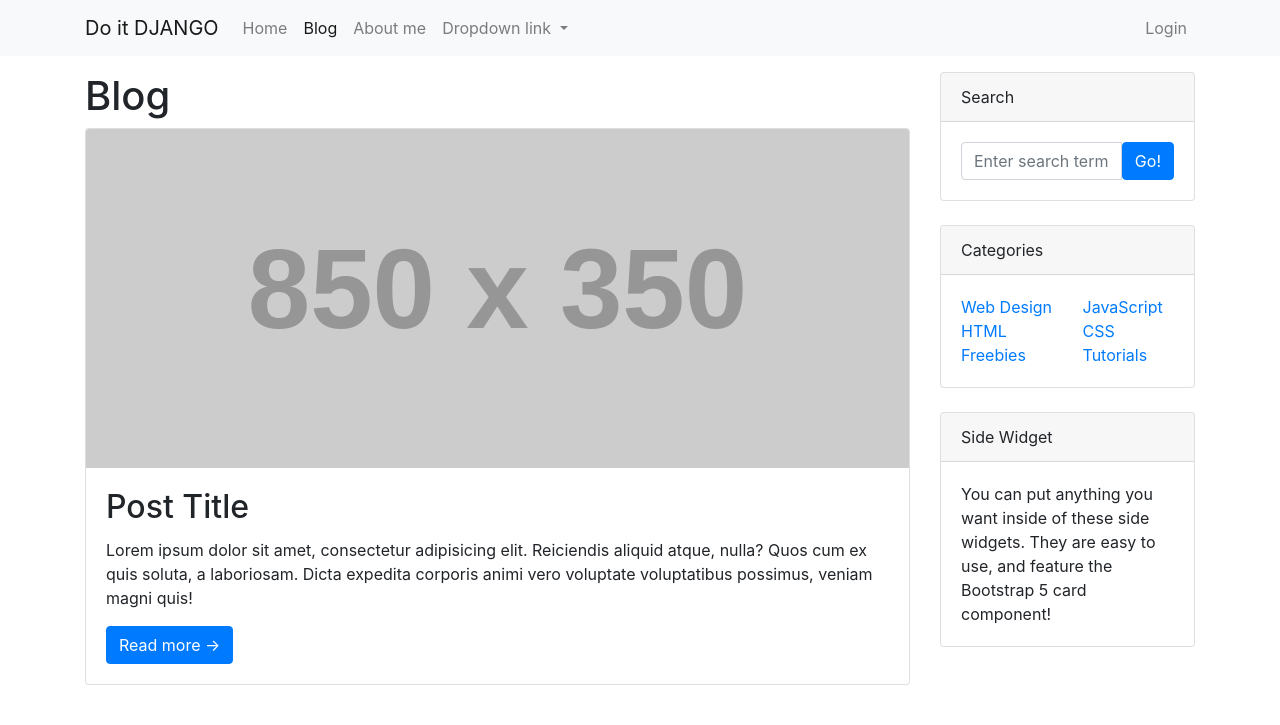
Repository: lwygold/do_it_ft
Page: blog_list.html
An editor plug-in stored every save of this project. The page is shown before and after the next save, followed by the edit.
The browser window is 1280 px wide. The pictures show the whole page.

Above is the page before, as saved 2021-08-11 21:26:54.

### blog_list.html
<!DOCTYPE html>
<html lang="en">

<head>
    <meta charset="UTF-8">
    <meta http-equiv="X-UA-Compatible" content="IE=edge">
    <meta name="viewport" content="width=device-width, initial-scale=1.0">
    <link rel="stylesheet" href="https://cdn.jsdelivr.net/npm/bootstrap@4.6.0/dist/css/bootstrap.min.css"
        integrity="sha384-B0vP5xmATw1+K9KRQjQERJvTumQW0nPEzvF6L/Z6nronJ3oUOFUFpCjEUQouq2+l" crossorigin="anonymous">
    <link rel="stylesheet" href="./sub.css" type="text/css" />
    <title>About Me</title>
</head>

<body>

    <nav class="navbar navbar-expand-lg navbar-light bg-light">
        <div class="container">

            <a class="navbar-brand" href="#">Do it DJANGO</a>
            <button class="navbar-toggler" type="button" data-toggle="collapse" data-target="#navbarNavDropdown"
                aria-controls="navbarNavDropdown" aria-expanded="false" aria-label="Toggle navigation">
                <span class="navbar-toggler-icon"></span>
            </button>
            <div class="collapse navbar-collapse" id="navbarNavDropdown">
                <ul class="navbar-nav">
                    <li class="nav-item">
                        <a class="nav-link" href="./index.html">Home <span class="sr-only">(current)</span></a>
                    </li>
                    <li class="nav-item active">
                        <a class="nav-link" href="./blog_list.html">Blog</a>
                    </li>
                    <li class="nav-item">
                        <a class="nav-link" href="./about_me.html">About me</a>
                    </li>
                    <li class="nav-item dropdown">
                        <a class="nav-link dropdown-toggle" href="#" id="navbarDropdownMenuLink" role="button"
                            data-toggle="dropdown" aria-haspopup="true" aria-expanded="false">
                            Dropdown link
                        </a>
                        <div class="dropdown-menu" aria-labelledby="navbarDropdownMenuLink">
                            <a class="dropdown-item" href="#">Action</a>
                            <a class="dropdown-item" href="#">Another action</a>
                            <a class="dropdown-item" href="#">Something else here</a>
                        </div>
                    </li>
                </ul>
                <ul class="navbar-nav ml-auto">
                    <li class="nav-item">
                        <a class="nav-link" href="#">Login <span class="sr-only">(current)</span></a>
                    </li>
                </ul>

            </div>
        </div>
    </nav>

    <div class="container">
        <div class="row my-3">
            <div class="col-md-8 col-lg-9">
                <h1>Blog</h1>

                <div class="row">

                    <div class="col">
                        <div class="card mb-4">
                            <a href="#!"><img class="card-img-top"
                                    src="https://dummyimage.com/850x350/dee2e6/6c757d.jpg" alt="..."></a>
                            <div class="card-body">
                                <h2 class="card-title">Post Title</h2>
                                <p class="card-text">Lorem ipsum dolor sit amet, consectetur adipisicing elit.
                                    Reiciendis aliquid atque, nulla? Quos cum ex quis soluta, a laboriosam. Dicta
                                    expedita corporis animi vero voluptate voluptatibus possimus, veniam magni quis!</p>
                                <a class="btn btn-primary" href="#!">Read more →</a>
                            </div>
                        </div>
                    </div>


                </div>

            </div>
            <div class="col-md-4 col-lg-3">
                <div class="row">
                    <div class="col">
                        <!-- Search widget-->
                        <div class="card mb-4">
                            <div class="card-header">Search</div>
                            <div class="card-body">
                                <div class="input-group">
                                    <input class="form-control" type="text" placeholder="Enter search term..."
                                        aria-label="Enter search term..." aria-describedby="button-search">
                                    <button class="btn btn-primary" id="button-search" type="button">Go!</button>
                                </div>
                            </div>
                        </div>
                        <!-- Categories widget-->
                        <div class="card mb-4">
                            <div class="card-header">Categories</div>
                            <div class="card-body">
                                <div class="row">
                                    <div class="col-sm-6">
                                        <ul class="list-unstyled mb-0">
                                            <li><a href="#!">Web Design</a></li>
                                            <li><a href="#!">HTML</a></li>
                                            <li><a href="#!">Freebies</a></li>
                                        </ul>
                                    </div>
                                    <div class="col-sm-6">
                                        <ul class="list-unstyled mb-0">
                                            <li><a href="#!">JavaScript</a></li>
                                            <li><a href="#!">CSS</a></li>
                                            <li><a href="#!">Tutorials</a></li>
                                        </ul>
                                    </div>
                                </div>
                            </div>
                        </div>
                        <!-- Side widget-->
                        <div class="card mb-4">
                            <div class="card-header">Side Widget</div>
                            <div class="card-body">You can put anything you want inside of these side widgets. They are
                                easy to use, and feature the Bootstrap 5 card component!</div>
                        </div>
                    </div>
                </div>
            </div>
        </div>

    </div>

    <script src="https://code.jquery.com/jquery-3.5.1.slim.min.js"
        integrity="sha384-DfXdz2htPH0lsSSs5nCTpuj/zy4C+OGpamoFVy38MVBnE+IbbVYUew+OrCXaRkfj"
        crossorigin="anonymous"></script>
    <script src="https://cdn.jsdelivr.net/npm/bootstrap@4.6.0/dist/js/bootstrap.bundle.min.js"
        integrity="sha384-Piv4xVNRyMGpqkS2by6br4gNJ7DXjqk09RmUpJ8jgGtD7zP9yug3goQfGII0yAns"
        crossorigin="anonymous"></script>

</body>

</html>

### sub.css
.container {
    width:1920px;
    margin:0 auto;

}

After the next save:
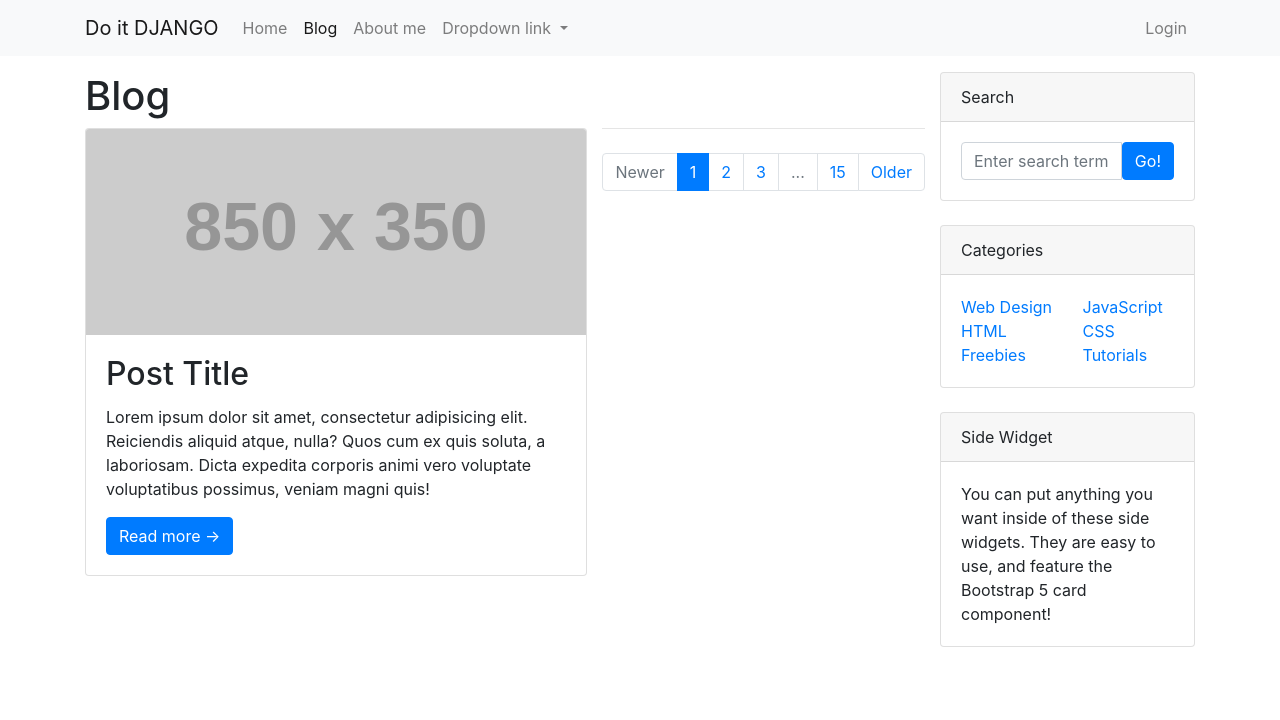
Saved 31 s later.
--- a/blog_list.html
+++ b/blog_list.html
@@ -75,6 +75,19 @@
                         </div>
                     </div>
 
+                    <nav aria-label="Pagination">
+                        <hr class="my-0">
+                        <ul class="pagination justify-content-center my-4">
+                            <li class="page-item disabled"><a class="page-link" href="#" tabindex="-1" aria-disabled="true">Newer</a></li>
+                            <li class="page-item active" aria-current="page"><a class="page-link" href="#!">1</a></li>
+                            <li class="page-item"><a class="page-link" href="#!">2</a></li>
+                            <li class="page-item"><a class="page-link" href="#!">3</a></li>
+                            <li class="page-item disabled"><a class="page-link" href="#!">...</a></li>
+                            <li class="page-item"><a class="page-link" href="#!">15</a></li>
+                            <li class="page-item"><a class="page-link" href="#!">Older</a></li>
+                        </ul>
+                    </nav>
+
 
                 </div>
 
